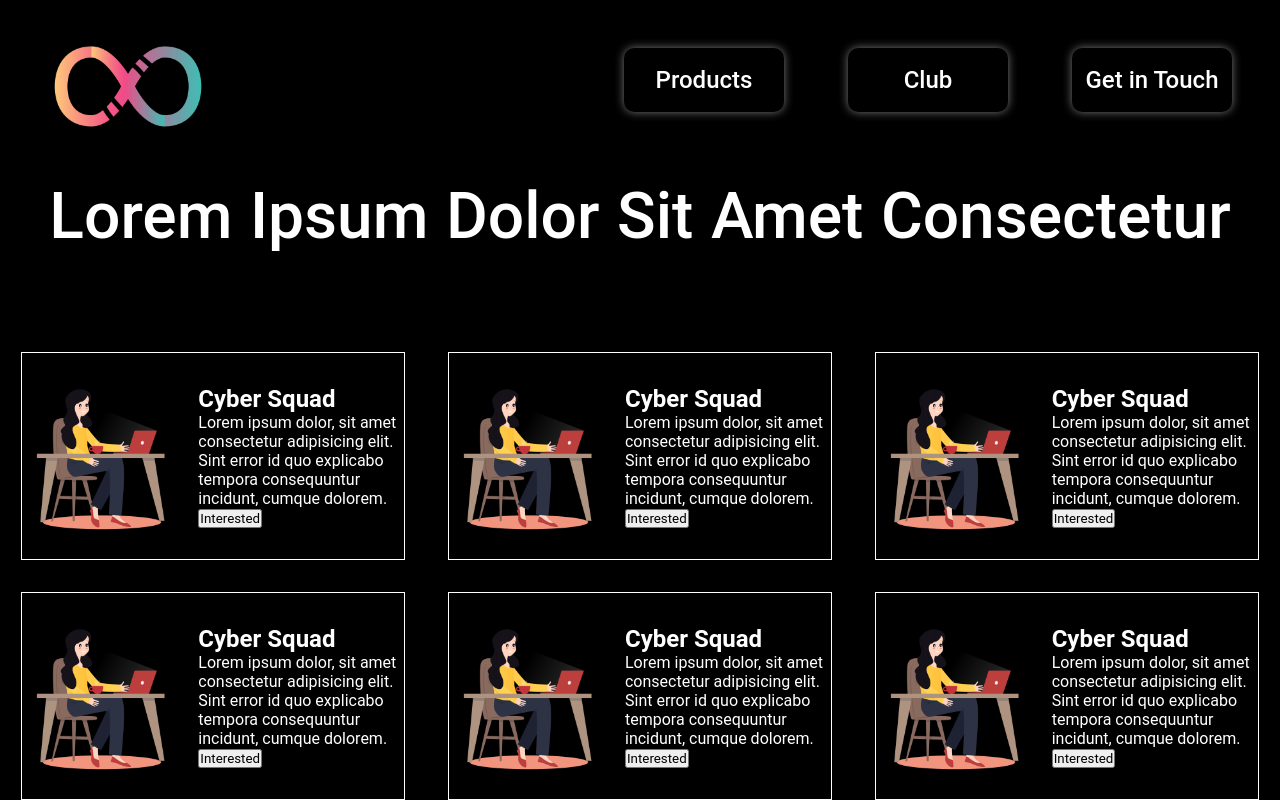
Repository: kapil4457/vizion-internship-project
Page: /
These files come from the project's save history. The page is drawn as it stood at one moment and after a run of saves; the edit follows.
The browser window is 1280 px wide. The pictures show the whole page.
The project was rebuilt for these pictures with package versions that can differ from the ones it lists, and the page was loaded fresh each time. Also part of the build but not shown: src/index.css.

Above is the page before, as saved 2022-10-29 10:07:52.

### public/index.html
<!DOCTYPE html>
<html lang="en">
  <head>
    <meta charset="utf-8" />
    <link rel="icon" href="%PUBLIC_URL%/favicon.ico" />
    <meta name="viewport" content="width=device-width, initial-scale=1" />
    <meta name="theme-color" content="#000000" />
    <meta
      name="description"
      content="Web site created using create-react-app"
    />
    <link rel="preconnect" href="https://fonts.googleapis.com">
    <link rel="apple-touch-icon" href="%PUBLIC_URL%/logo192.png" />
    <!--
      manifest.json provides metadata used when your web app is installed on a
      user's mobile device or desktop. See https://developers.google.com/web/fundamentals/web-app-manifest/
    -->
    <link rel="manifest" href="%PUBLIC_URL%/manifest.json" />
    <!--
      Notice the use of %PUBLIC_URL% in the tags above.
      It will be replaced with the URL of the `public` folder during the build.
      Only files inside the `public` folder can be referenced from the HTML.

      Unlike "/favicon.ico" or "favicon.ico", "%PUBLIC_URL%/favicon.ico" will
      work correctly both with client-side routing and a non-root public URL.
      Learn how to configure a non-root public URL by running `npm run build`.
    -->
    <title>React App</title>
  </head>
  <body>
    <noscript>You need to enable JavaScript to run this app.</noscript>
    <div id="root"></div>
    <!--
      This HTML file is a template.
      If you open it directly in the browser, you will see an empty page.

      You can add webfonts, meta tags, or analytics to this file.
      The build step will place the bundled scripts into the <body> tag.

      To begin the development, run `npm start` or `yarn start`.
      To create a production bundle, use `npm run build` or `yarn build`.
    -->
  </body>
</html>

### src/index.js
import React from 'react';
import ReactDOM from 'react-dom/client';
import './index.css';
import App from './App';
import reportWebVitals from './reportWebVitals';
import { BrowserRouter } from 'react-router-dom';
const root = ReactDOM.createRoot(document.getElementById('root'));
root.render(
  <BrowserRouter >
  <React.StrictMode>
    <App />
  </React.StrictMode>
  </BrowserRouter>
);

// If you want to start measuring performance in your app, pass a function
// to log results (for example: reportWebVitals(console.log))
// or send to an analytics endpoint. Learn more: https://bit.ly/CRA-vitals
reportWebVitals();

### src/App.js
import { Route, Routes } from 'react-router-dom';
import './App.css';
import Header from './components/Header/Header';
import Home from './components/Home/Home';

function App() {
  return (
   <>
<Header />
   <Routes>
<Route exact path='/' element={<Home />} />


   </Routes>



   </>
  );
}

export default App;

### src/App.css
*{
margin:0;
padding:0;
box-sizing: border-box;
font-family: 'Roboto', sans-serif;}

body{
  background-color: black;
  color : white;

}
a{
  text-decoration: none;;
  color:white;
}

.active{
  color:red;
}

### src/components/Header/Header.jsx
import React from "react";
import { NavLink } from "react-router-dom";
import Logo from "./logo.png";
import "./Header.css";
const Header = () => {
  return (
    <div className="main-header">
      <NavLink to="/" className="left-header">
        <img src={Logo} alt="" />
      </NavLink>
      <div className="right-header">
        <NavLink to="/products">Products</NavLink>
        <NavLink to="/club">Club</NavLink>
        <NavLink to="/contact">Get in Touch</NavLink>
      </div>
    </div>
  );
};

export default Header;

### src/components/Home/Home.jsx
import React from "react";
import { data } from "../../item";
import "./Home.css";
import HomeCard from "./HomeCard";
const Home = () => {
  return (
    <div className="main-home">
      <h2 className="heading">Lorem ipsum dolor sit amet consectetur</h2>

      <div className="home-card-container">
        {data.map((item, key) => (
          <HomeCard item={item} key={key} />
        ))}
      </div>
    </div>
  );
};

export default Home;

### src/components/Header/Header.css
.main-header{
    height:10rem;
    /* border:1px solid white */
    display:flex;
    justify-content: space-between;
    align-items: center;
    padding:0rem 3rem
}

.main-header > .left-header >img{
    height:10rem;

}

.main-header > .right-header
{
    display:flex;
    gap:4rem;
    font-size:1.5rem;
    font-weight:550
}

.main-header > .right-header>a{
    height:4rem;
    width:10rem;
    display:flex;
    justify-content: center;
   align-items: center;
   border-radius:10px;
   box-shadow: 0px 0px 10px rgba(243, 238, 238,0.5);
   transition: all 0.2s;
}
.main-header > .right-header>a:hover{

    box-shadow: 0px 0px 20px rgba(243, 238, 238,0.5);
    transform: scale(1.01);
   }

### src/item.js
export const data = [
    {
        title : "Cyber Squad",
        description : "Lorem ipsum dolor, sit amet consectetur adipisicing elit. Sint error id quo explicabo tempora consequuntur incidunt, cumque dolorem.        "
    },
    {
        title : "Cyber Squad",
        description : "Lorem ipsum dolor, sit amet consectetur adipisicing elit. Sint error id quo explicabo tempora consequuntur incidunt, cumque dolorem.        "
    },
    {
        title : "Cyber Squad",
        description : "Lorem ipsum dolor, sit amet consectetur adipisicing elit. Sint error id quo explicabo tempora consequuntur incidunt, cumque dolorem.        "
    },
    {
        title : "Cyber Squad",
        description : "Lorem ipsum dolor, sit amet consectetur adipisicing elit. Sint error id quo explicabo tempora consequuntur incidunt, cumque dolorem.        "
    },
    {
        title : "Cyber Squad",
        description : "Lorem ipsum dolor, sit amet consectetur adipisicing elit. Sint error id quo explicabo tempora consequuntur incidunt, cumque dolorem.        "
    },
    {
        title : "Cyber Squad",
        description : "Lorem ipsum dolor, sit amet consectetur adipisicing elit. Sint error id quo explicabo tempora consequuntur incidunt, cumque dolorem.        "
    }
]

### src/components/Home/Home.css
.main-home{
    color:white;
    width:100%;
    display: flex;
    flex-direction: column;

    gap:5rem

}

.main-home > h2{
    width:100%;
    height:7rem;
    display: flex;
    justify-content: center;
    align-items:center;
    font-size:4rem;
    word-spacing: 0.1rem;
    font-weight:450;
    text-transform: capitalize;

}


.main-home > .home-card-container{
    display:grid;
    grid-template-columns: 1fr 1fr 1fr;
    row-gap: 2rem;
    place-items: center;


}

### src/components/Home/HomeCard.jsx
import React from "react";
import "./HomeCard.css";
import Image from "./cardImage.png";
const HomeCard = ({ item }) => {
  return (
    <div className="home-card">
      <img src={Image} alt="" />
      <div className="card-info">
        <h2>{item.title}</h2>
        <p>{item.description}</p>
        <button>Interested</button>
      </div>
    </div>
  );
};

export default HomeCard;

### src/components/Home/HomeCard.css
.home-card{
    width:90%;
    border:1px solid white;
    height:13rem;
    display:flex;
    gap:1rem;
    align-items: center;
}
.home-card>img{
    height:10rem;

}

Loaded but not shown: src/reportWebVitals.js (common file)

After the next 2 saves:
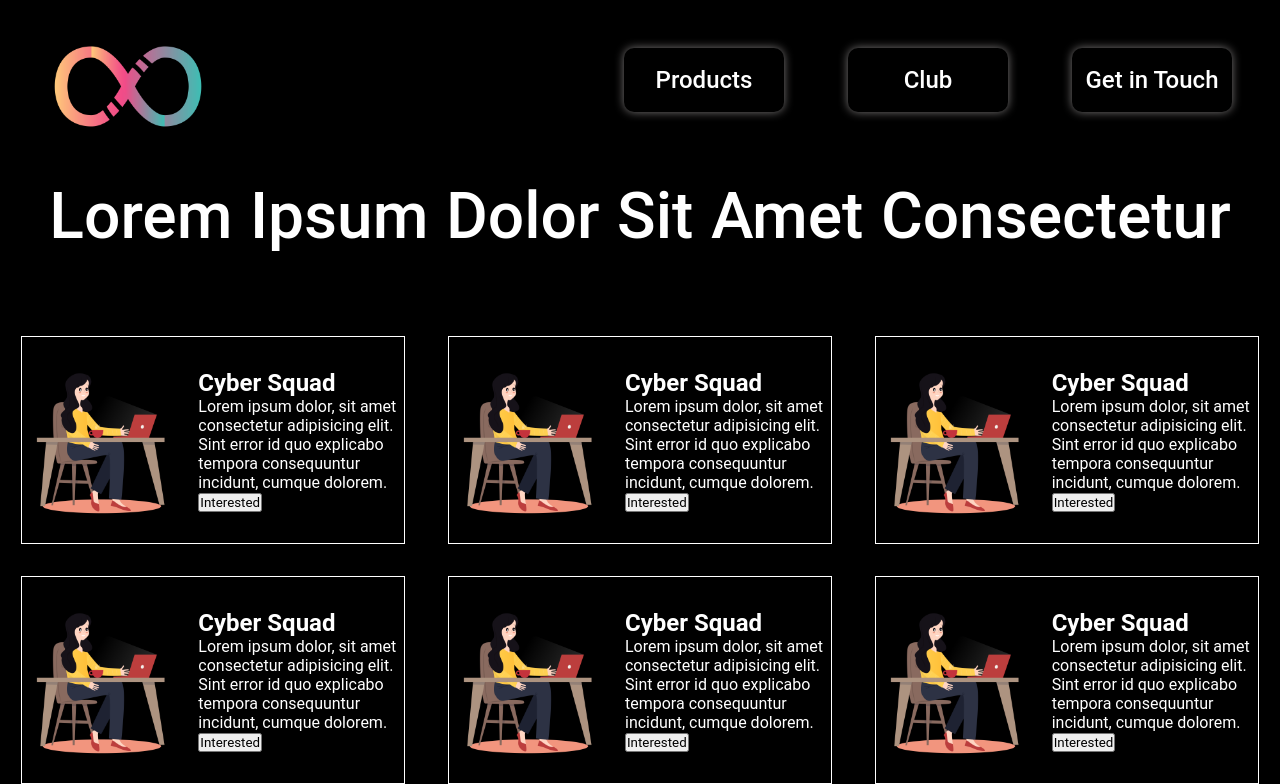
The 2 saves are shown as one change because they came seconds apart.
The last was saved 9 s later.
--- a/src/components/Home/Home.css
+++ b/src/components/Home/Home.css
@@ -3,8 +3,7 @@
     width:100%;
     display: flex;
     flex-direction: column;
-
-    gap:5rem
+    gap:4rem
 
 }
 
